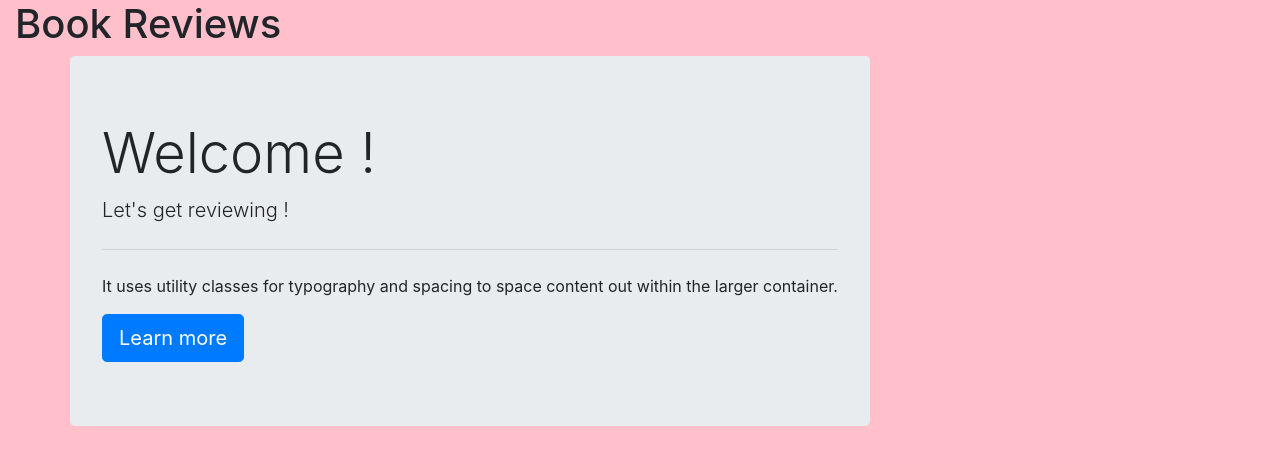
Repository: NeiloErnesto89/Data_Centric_Dev_Milestone_Project3
Page: templates/bio.html
The author's editor kept a record of every edit. The page is drawn from the files as they stood at one moment, then again after the next edit.
The browser window is 1280 px wide. The pictures show the whole page.
Some web libraries are served in a nearby version. The template is drawn by Flask 3. The application's start-up code is not run. Other server files are loaded and not shown. The template is opened directly, without the code that normally fills it, so the values that code supplies are empty.

Above is the page before.

### templates/bio.html
<!DOCTYPE html>
<html>

<head>
</head>

<body>
    {% extends 'base.html' %} {% block content %}
    <div class="container">
        <div class="row">
            <div class="jumbotron">
                <h1 class="display-4">Welcome !</h1>
                <p class="lead">
                   Let's get reviewing !
                </p>
                <hr class="my-4">
                <p>It uses utility classes for typography and spacing to space content out within the larger container.</p>
                <a class="btn btn-primary btn-lg" href="#" role="button">Learn more</a>
            </div>
        </div>
    </div>
    {% endblock %}
</body>

</html>

### templates/base.html
<!DOCTYPE html>
<html lang="en">

<head>
    <meta charset="UTF-8">
    <meta name="viewport" content="width=device-width, initial-scale=1.0">
    <meta http-equiv="X-UA-Compatible" content="ie=edge">

    <title>Book Reviews</title>

    <!-- Bootstrap -->
    <link rel="stylesheet" href="https://stackpath.bootstrapcdn.com/bootstrap/4.3.1/css/bootstrap.min.css" integrity="sha384-ggOyR0iXCbMQv3Xipma34MD+dH/1fQ784/j6cY/iJTQUOhcWr7x9JvoRxT2MZw1T" crossorigin="anonymous">

    <!-- Google Font-->
    <link href="https://fonts.googleapis.com/css?family=Montserrat:400,700" rel="stylesheet">

    <!-- Font Awesome-->

    <link rel="stylesheet" href="https://use.fontawesome.com/releases/v5.7.2/css/all.css" integrity="sha384-fnmOCqbTlWIlj8LyTjo7mOUStjsKC4pOpQbqyi7RrhN7udi9RwhKkMHpvLbHG9Sr" crossorigin="anonymous">

    <link rel="stylesheet" href="https://cdnjs.cloudflare.com/ajax/libs/font-awesome/4.7.0/css/font-awesome.min.css">

    <!-- CSS -->

    <link rel="stylesheet" href="{{url_for('static', filename='css/style.css')}}" type="text/css" />


</head>

<body>
    <header>

    </header>
    <div class="container-fluid">
        <h1>Book Reviews</h1>

        {% block content %} {% endblock %}
    </div>






    <!-- JQuery -->
    <script src="https://cdnjs.cloudflare.com/ajax/libs/jquery/3.2.1/jquery.min.js"></script>

    <!-- Bootstrap JS-->

    <script src="https://code.jquery.com/jquery-3.3.1.slim.min.js" integrity="sha384-q8i/X+965DzO0rT7abK41JStQIAqVgRVzpbzo5smXKp4YfRvH+8abtTE1Pi6jizo" crossorigin="anonymous"></script>
    <script src="https://cdnjs.cloudflare.com/ajax/libs/popper.js/1.14.7/umd/popper.min.js" integrity="sha384-UO2eT0CpHqdSJQ6hJty5KVphtPhzWj9WO1clHTMGa3JDZwrnQq4sF86dIHNDz0W1" crossorigin="anonymous"></script>
    <script src="https://stackpath.bootstrapcdn.com/bootstrap/4.3.1/js/bootstrap.min.js" integrity="sha384-JjSmVgyd0p3pXB1rRibZUAYoIIy6OrQ6VrjIEaFf/nJGzIxFDsf4x0xIM+B07jRM" crossorigin="anonymous"></script>



    <!--  <script type="text/javascript">
        $(document).ready(function() {
            $('.collapsible').collapsible();
        });
    </script>  -->
</body>

</html>

### static/css/style.css
body {
    background-color: pink;
}

After the next edit:
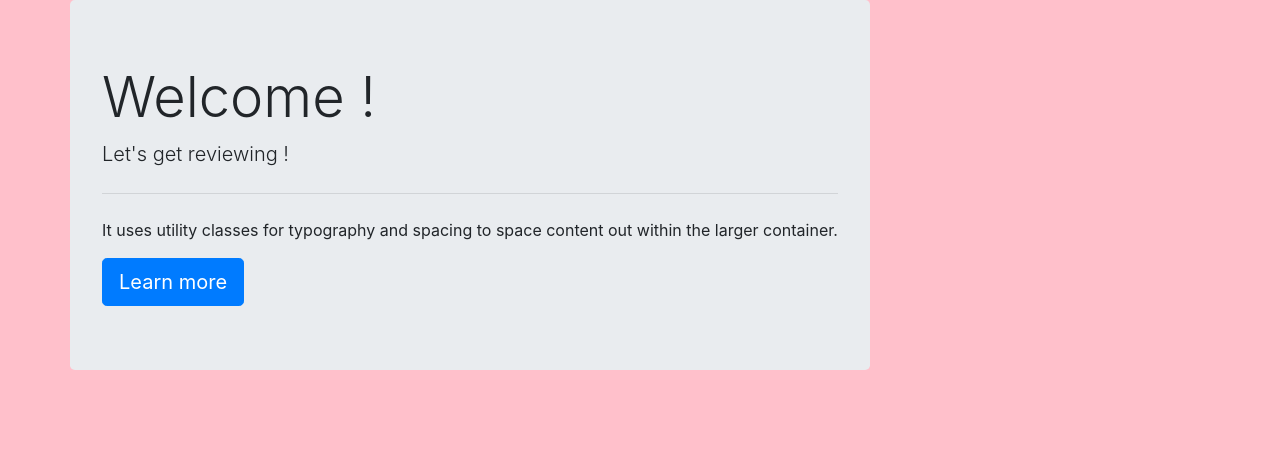
The edit:
--- a/templates/base.html
+++ b/templates/base.html
@@ -32,7 +32,6 @@
 
     </header>
     <div class="container-fluid">
-        <h1>Book Reviews</h1>
 
         {% block content %} {% endblock %}
     </div>
